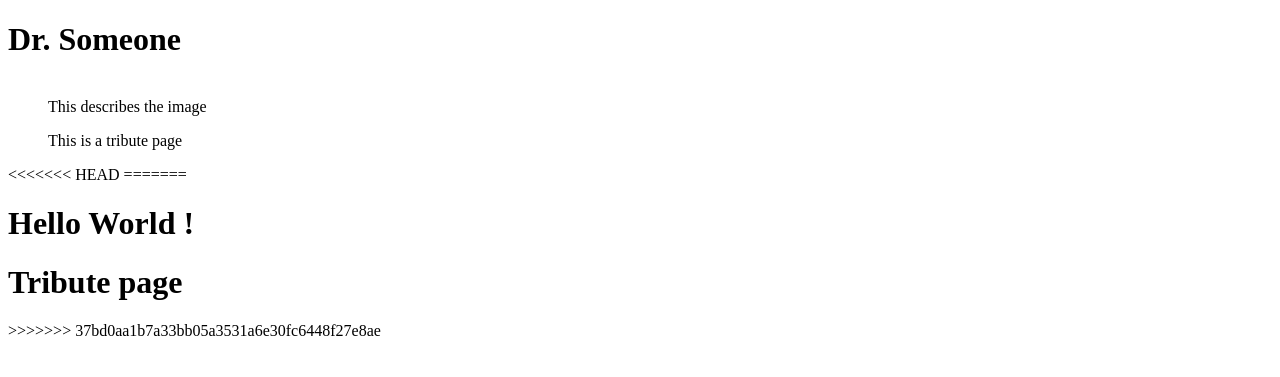
Repository: raphael-stefan/microverse-trieals-ibifuro-raphael
Page: index.html
The author's editor kept a copy of each file at every save. The page is drawn from the files as they stood at one save, then again after the next save.
The browser window is 1280 px wide. The pictures show the whole page.

Above is the page before, as saved 2021-02-10 19:51:11.

### index.html
<!DOCTYPE html>
<html lang="en">
  <head>
    <meta charset="UTF-8">
    <title>Fork Me! FCC: Test Suite Template</title>
    <link rel="stylesheet" href="css/style.css">
  </head>

  <body id="main">
    <script src="https://cdn.freecodecamp.org/testable-projects-fcc/v1/bundle.js"></script>
   <div>
     <h1 id="title">Dr. Someone</h1>
    <figure id="img-div">
      <img src="" alt="" id="image"/>
        <div id="img-caption"> This describes the image</div>
        <p id="tribute-info">This is a tribute page</p>

    </div>
    </figure>

   </div>


<<<<<<< HEAD
=======
    <h1> Hello World ! </h1>
    <h1 id="title"> Tribute page</h1>
>>>>>>> 37bd0aa1b7a33bb05a3531a6e30fc6448f27e8ae
    <!--

    Hello Camper!

    For now, the test suite only works in Chrome!
    Please read the README below in the JS Editor before beginning.
    Feel free to delete this message once you have read it.
    Good luck and Happy Coding!

    - The freeCodeCamp Team

    -->
    <script  src="js/index.js"></script>
  </body>
</html>

### js/index.js
// !! IMPORTANT README:

// You may add additional external JS and CSS as needed to complete the project, however the current external resource MUST remain in place for the tests to work. BABEL must also be left in place.

/***********
INSTRUCTIONS:
  - Select the project you would
    like to complete from the dropdown
    menu.
  - Click the "RUN TESTS" button to
    run the tests against the blank
    pen.
  - Click the "TESTS" button to see
    the individual test cases.
    (should all be failing at first)
  - Start coding! As you fulfill each
    test case, you will see them go
    from red to green.
  - As you start to build out your
    project, when tests are failing,
    you should get helpful errors
    along the way!
    ************/

// PLEASE NOTE: Adding global style rules using the * selector, or by adding rules to body {..} or html {..}, or to all elements within body or html, i.e. h1 {..}, has the potential to pollute the test suite's CSS. Try adding: * { color: red }, for a quick example!

// Once you have read the above messages, you can delete all comments.
"use strict";

Loaded but not shown: css/style.css (no stored copy; drawn as an empty file)

After the next save:
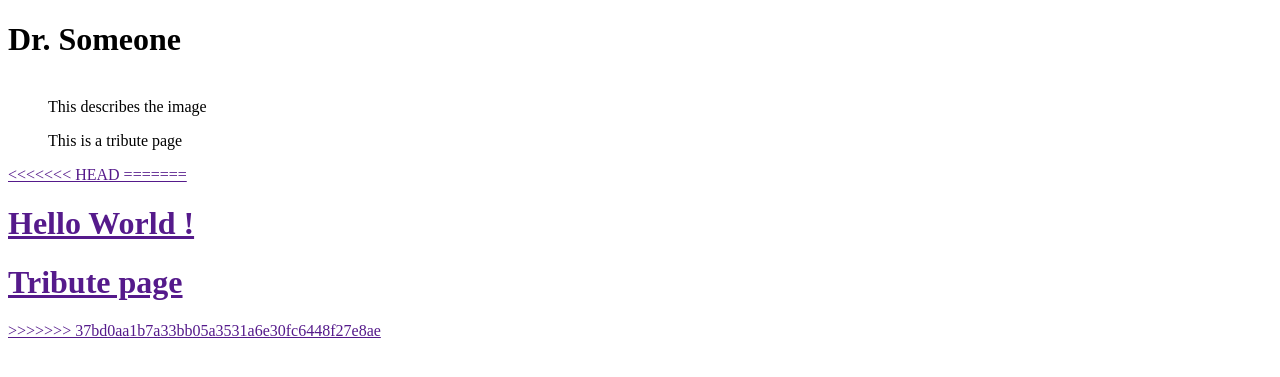
Saved 68 s later.
--- a/index.html
+++ b/index.html
@@ -14,7 +14,7 @@
       <img src="" alt="" id="image"/>
         <div id="img-caption"> This describes the image</div>
         <p id="tribute-info">This is a tribute page</p>
-
+      <a href="" id="tribute-link" target="_blank">
     </div>
     </figure>
 
